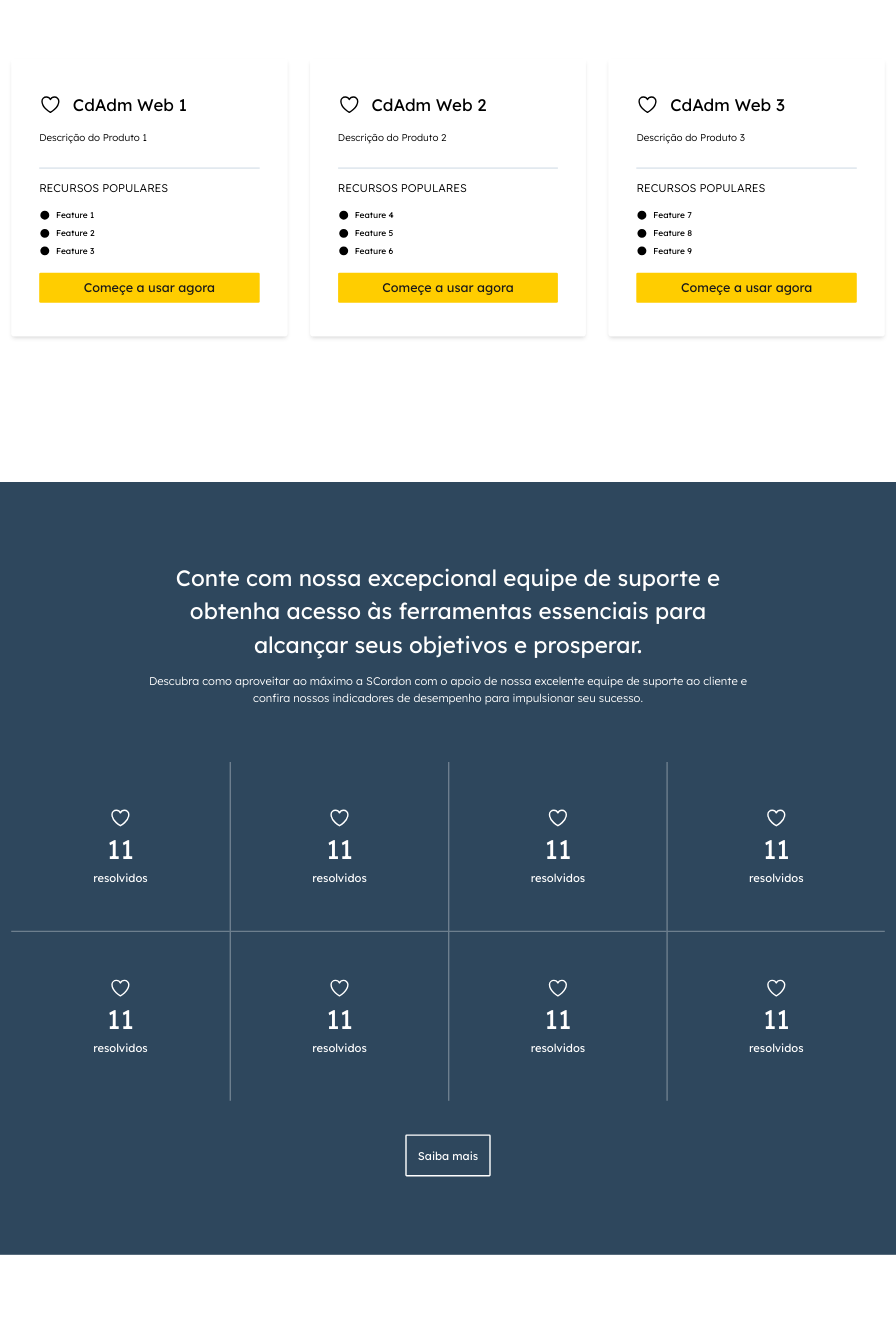
Repository: VereAbsolutum/site-institucional
Page: /
An editor plug-in stored every save of this project. The page is shown before and after the next save, followed by the edit.
The browser window is 1280 px wide. The pictures show the part of the page from y = 1012 to 2932 px (the page is 2932 px tall before and 2924 px after), at 70% of full size.
The project was rebuilt for these pictures with package versions that can differ from the ones it lists, and the page was loaded fresh each time. Also part of the build but not shown: vite.config.ts, src/presentation/components/buttons/button-base.tsx, src/presentation/components/buttons/button-border-primary.tsx, src/presentation/components/buttons/button-primary.tsx, src/presentation/components/typography/heading3.tsx, src/presentation/pages/not-found/notFound.tsx.

Above is the page before, as saved 2023-04-15 23:47:22.

After the next save:
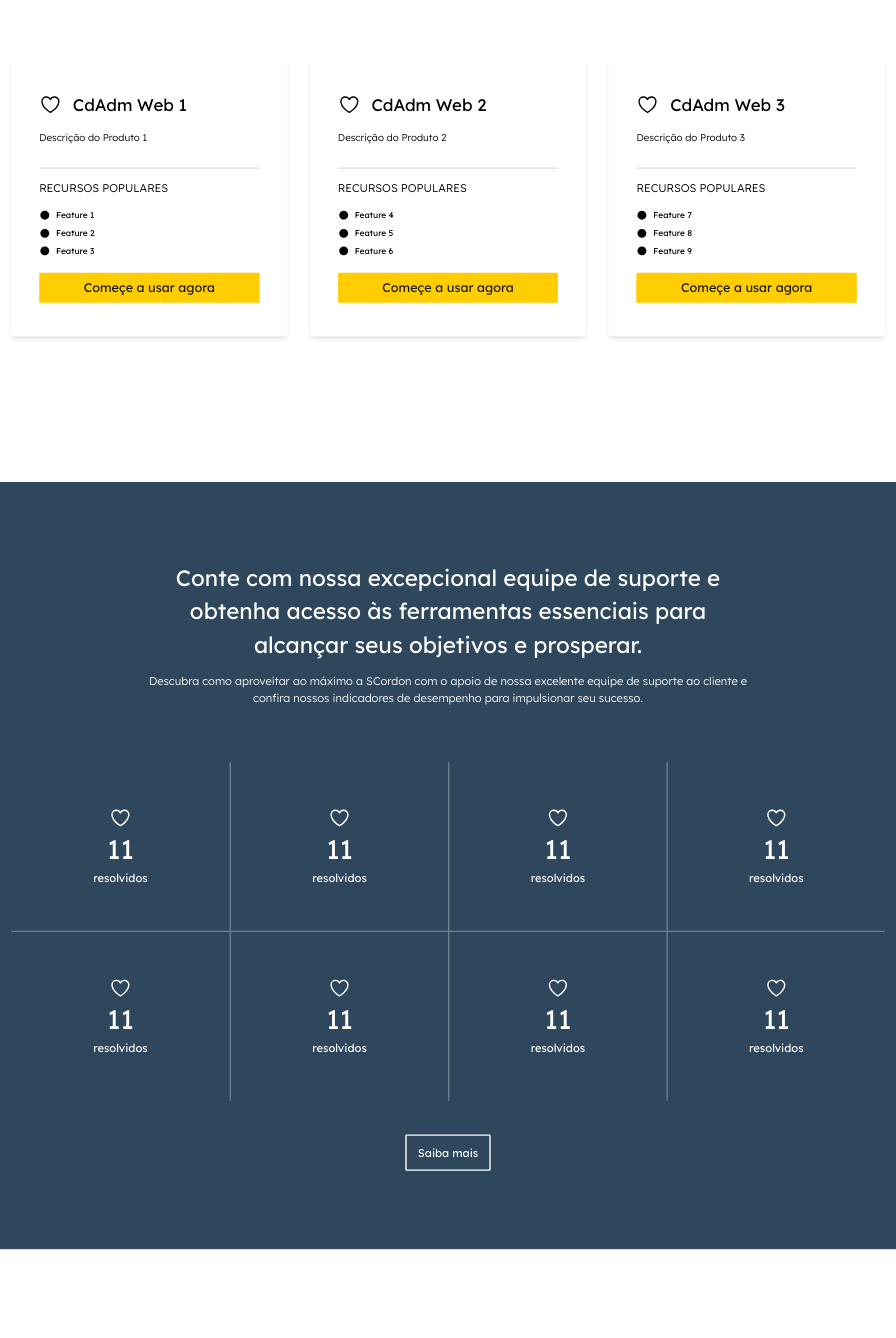
Saved 5 s later.
--- a/src/presentation/pages/home/home.tsx
+++ b/src/presentation/pages/home/home.tsx
@@ -100,7 +100,7 @@ const home: React.FC = () => {
                             ))}
                         </div>
                         <div className='flex justify-center'>
-                            <LinkBorderWhite className='px-12 py-4'>
+                            <LinkBorderWhite className='px-12 py-3'>
                                 Saiba mais
                             </LinkBorderWhite>
                         </div>
